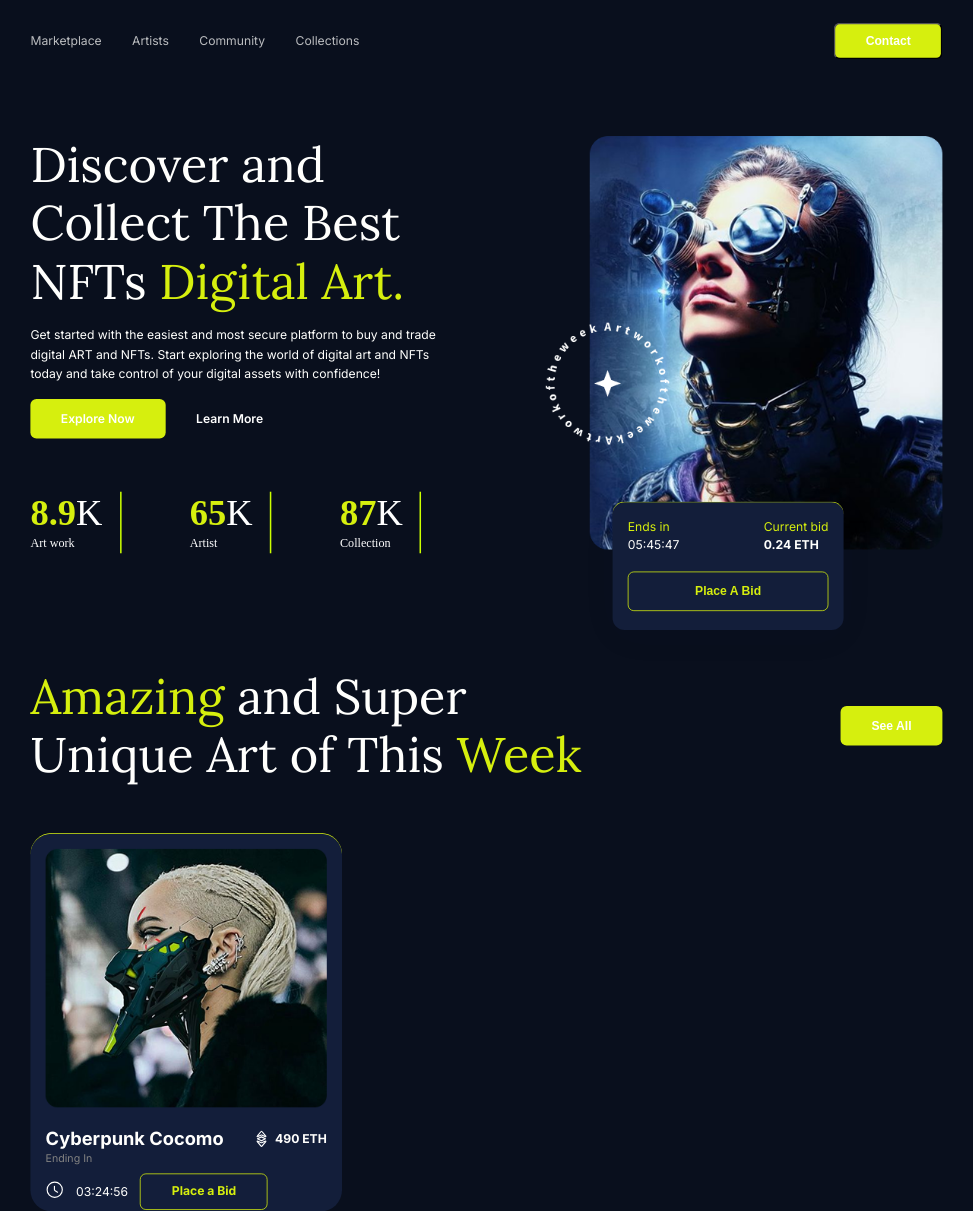
Repository: Kamron5505/NftMarketplace
Page: index.html
An editor plug-in stored every save of this project. The page is shown before and after a run of saves, followed by the edit.
The browser window is 1280 px wide. The pictures show the whole page, at 76% of full size.

Above is the page before, as saved 2025-07-09 14:07:18.

After the next 2 saves:
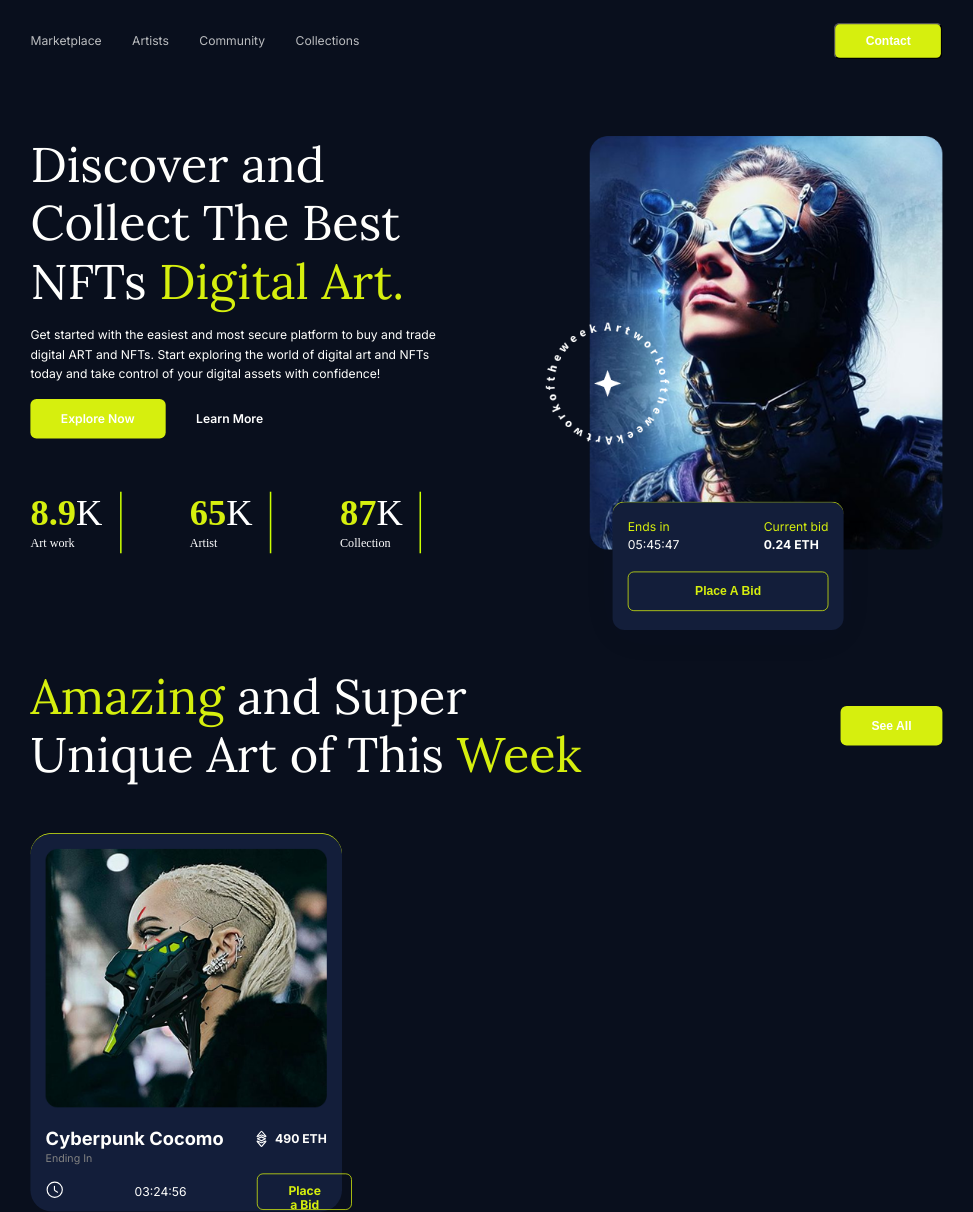
The 2 saves are shown as one change because they came seconds apart.
The last was saved 9 s later.
--- a/style.css
+++ b/style.css
@@ -331,7 +331,7 @@ h6 {
 .art-card__time-row {
     display: flex;
     align-items: center;
-    gap: 16px;
+    gap: 93px;
     /* Расстояние между элементами, можешь изменить */
     margin-top: 8px;
     /* немного отступа после "Ending In" */
